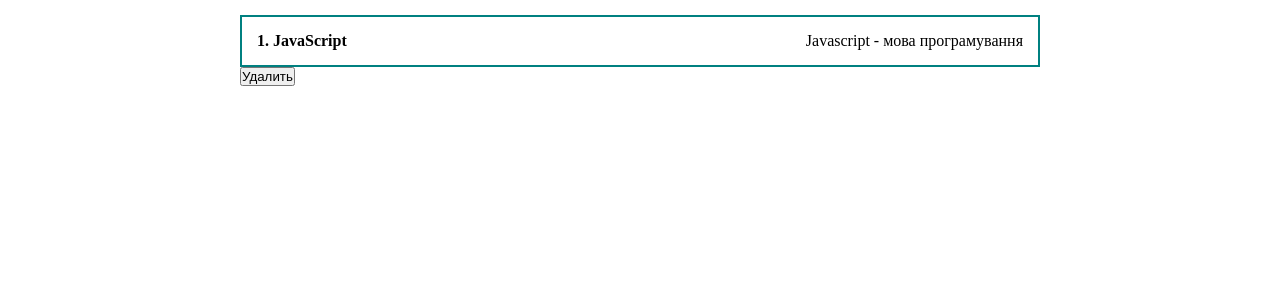
Repository: otvertka/ulb2_react
Page: / (app in jk_project/)
These files come from the project's save history. The page is drawn as it stood at one moment and after the next save; the edit follows.
The browser window is 1280 px wide. The pictures show the whole page.
The project was rebuilt for these pictures with package versions that can differ from the ones it lists, and the page was loaded fresh each time. Also part of the build but not shown: jk_project/src/component/Counter.jsx, jk_project/src/component/ClassCounter.jsx.

Above is the page before, as saved 2023-09-08 10:01:43.

After the next save:
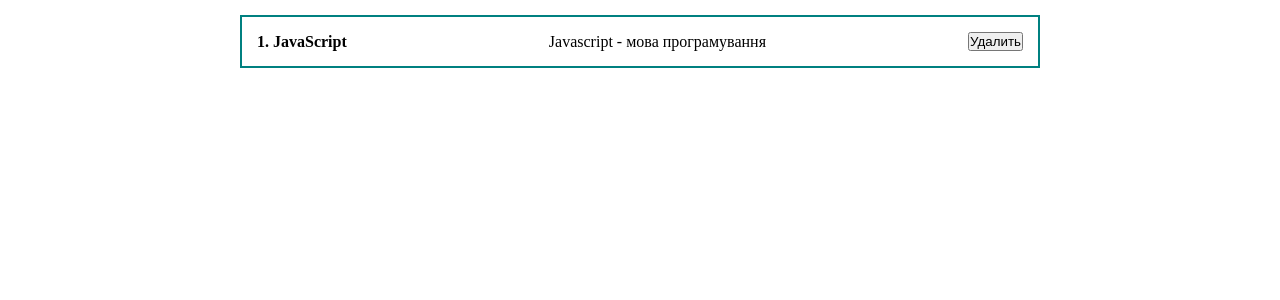
Saved 75 s later.
--- a/jk_project/src/App.js
+++ b/jk_project/src/App.js
@@ -24,9 +24,9 @@ function App() {
           <strong>1. JavaScript</strong>
         </div>
         <div>Javascript - мова програмування</div>
-      </div>
-      <div className="post__btns">
-        <button>Удалить</button>
+        <div className="post__btns">
+          <button>Удалить</button>
+        </div>
       </div>
     </div>
   );
